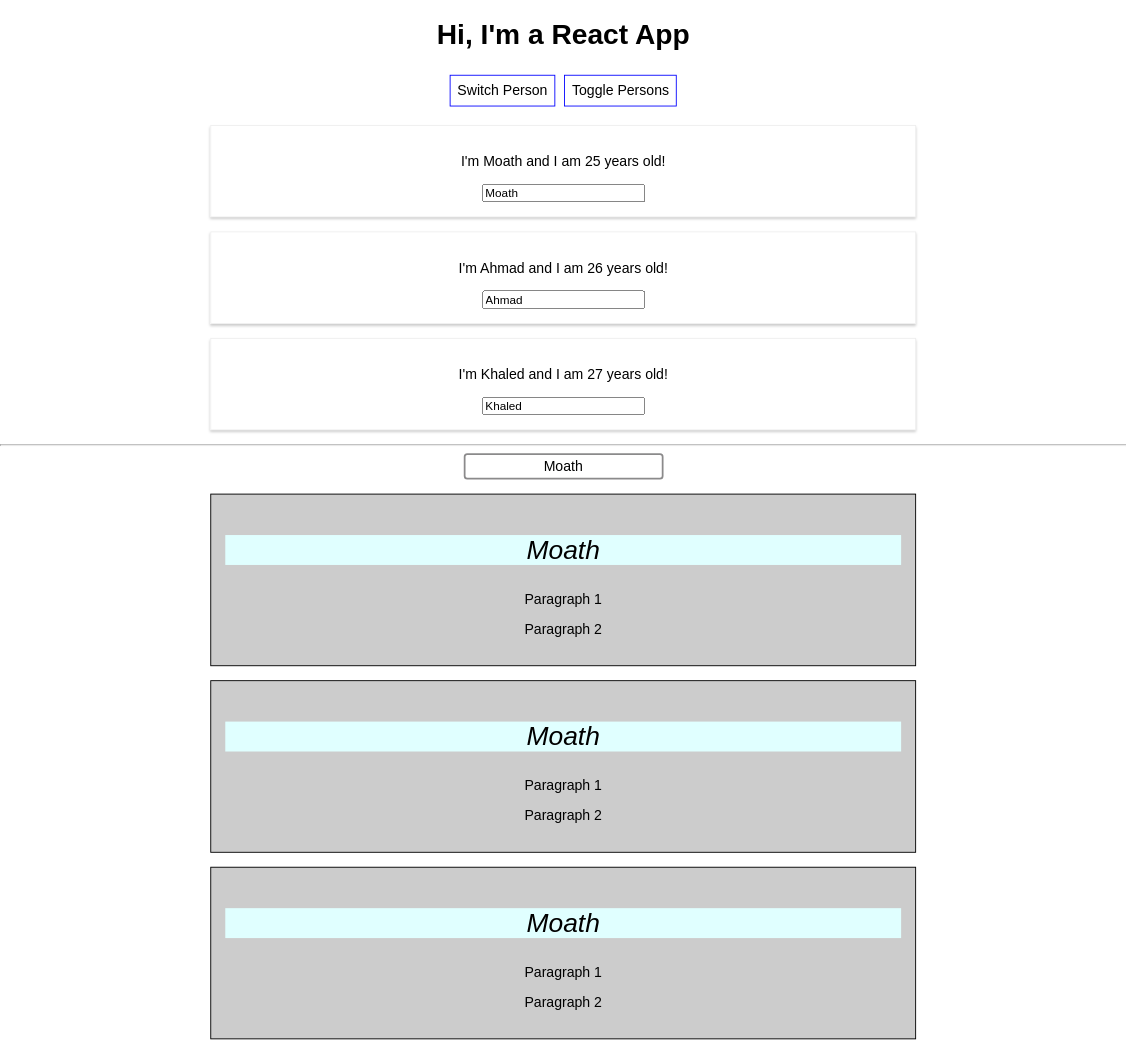
Repository: MuathYHKefayah/React-Basics
Page: /, after clicking the first element matching `div.App > :nth-child(3)`
These files come from the project's save history. The page is drawn as it stood at one moment and after the next save; the edit follows.
The browser window is 1280 px wide. The pictures show the whole page, at 88% of full size.
The project was rebuilt for these pictures with package versions that can differ from the ones it lists, and the page was loaded fresh each time.

Above is the page before, as saved 2020-12-12 14:15:59.

After the next save:
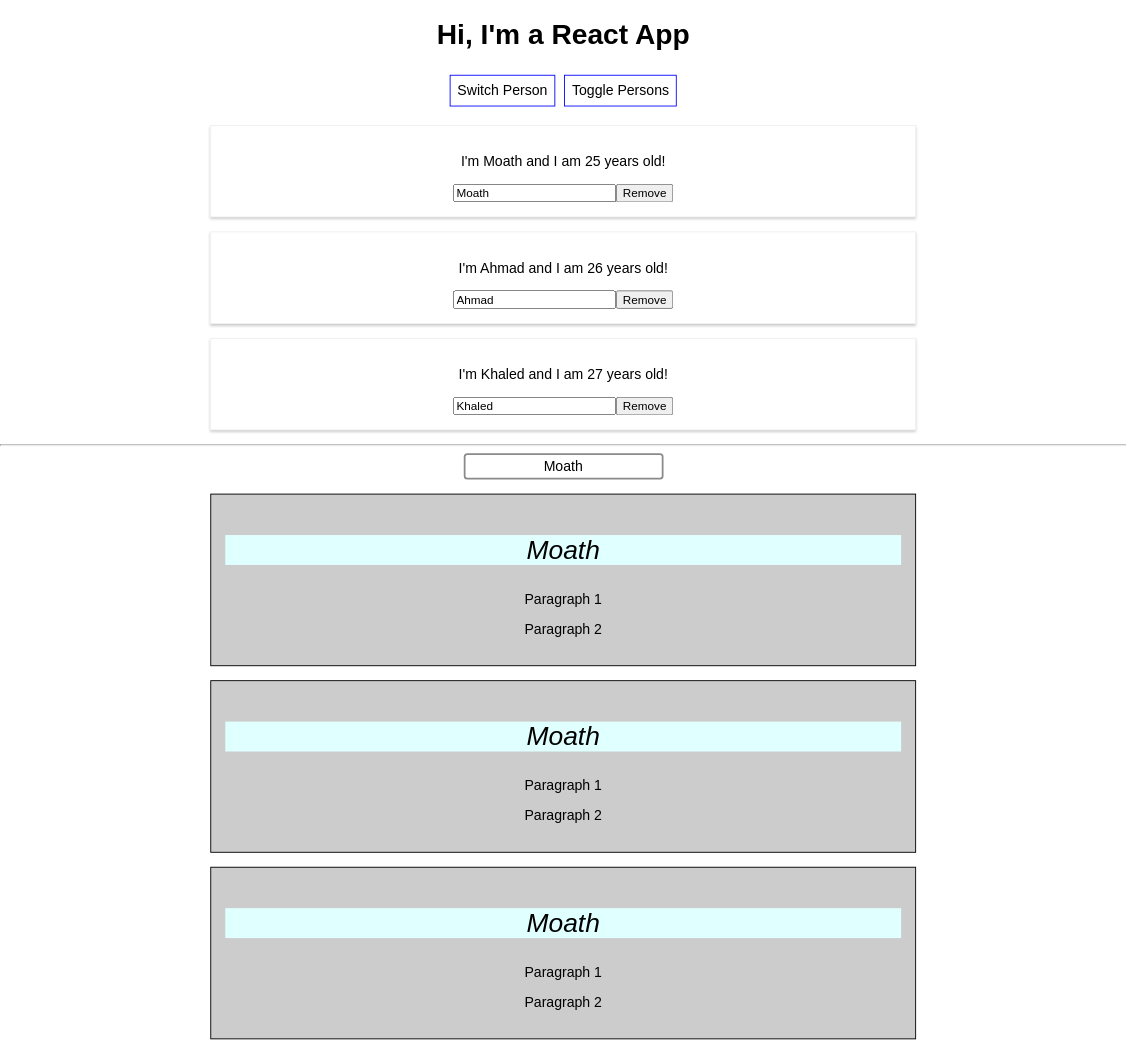
Saved 5 min 34 s later.
--- a/src/Person/Person.js
+++ b/src/Person/Person.js
@@ -7,6 +7,7 @@ const person = (props) => {
             <p onClick={props.click}>I'm {props.name} and I am {props.age} years old!</p>
             <p>{props.children}</p>
             <input type="text" onChange={props.changed} value={props.name}/>
+            <button onClick={props.deleted}>Remove</button>
         </div>
     )
 };
